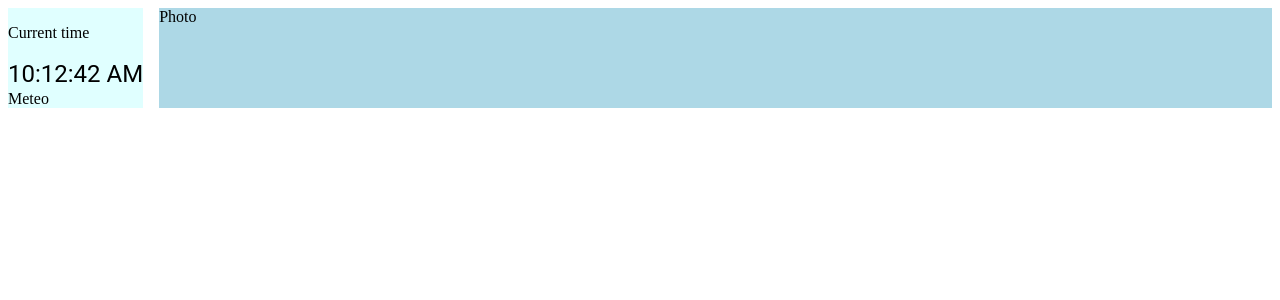
Repository: songvi/meteo
Page: /
An editor plug-in stored every save of this project. The page is shown before and after a run of saves, followed by the edit.
The browser window is 1280 px wide. The pictures show the whole page.
The project was rebuilt for these pictures with package versions that can differ from the ones it lists, and the page was loaded fresh each time. Also part of the build but not shown: src/App.css.

Above is the page before, as saved 2023-04-02 23:22:07.

After the next 3 saves:
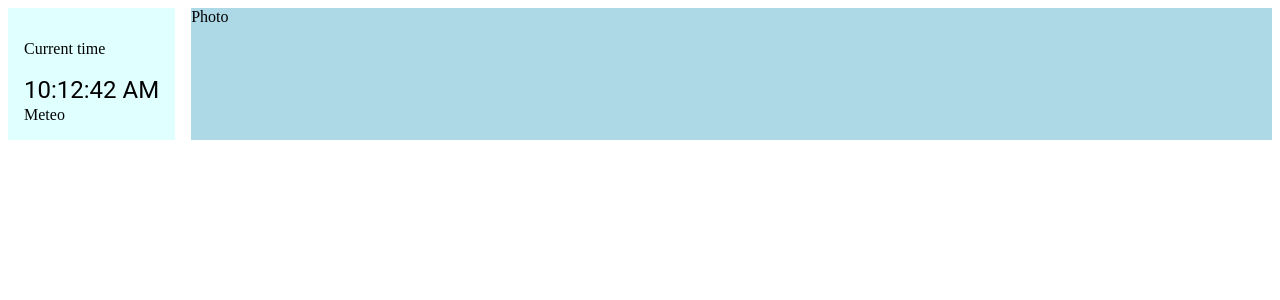
The 3 saves are shown as one change because they came seconds apart.
The last was saved 75 s later.
--- a/src/app/Navbar.tsx
+++ b/src/app/Navbar.tsx
@@ -7,7 +7,7 @@ const Navbar = () => {
     return (
         <Box>
             <Stack direction={'row'} spacing={2} justifyContent={'center'}>
-                <Stack direction={'column'} sx={{ bgcolor: 'lightcyan' }} justifyContent={'center'}>
+                <Stack p={2} direction={'column'} sx={{ bgcolor: 'lightcyan' }} justifyContent={'center'}>
                     <Datetime />
                     <Meteo />
                 </Stack>
